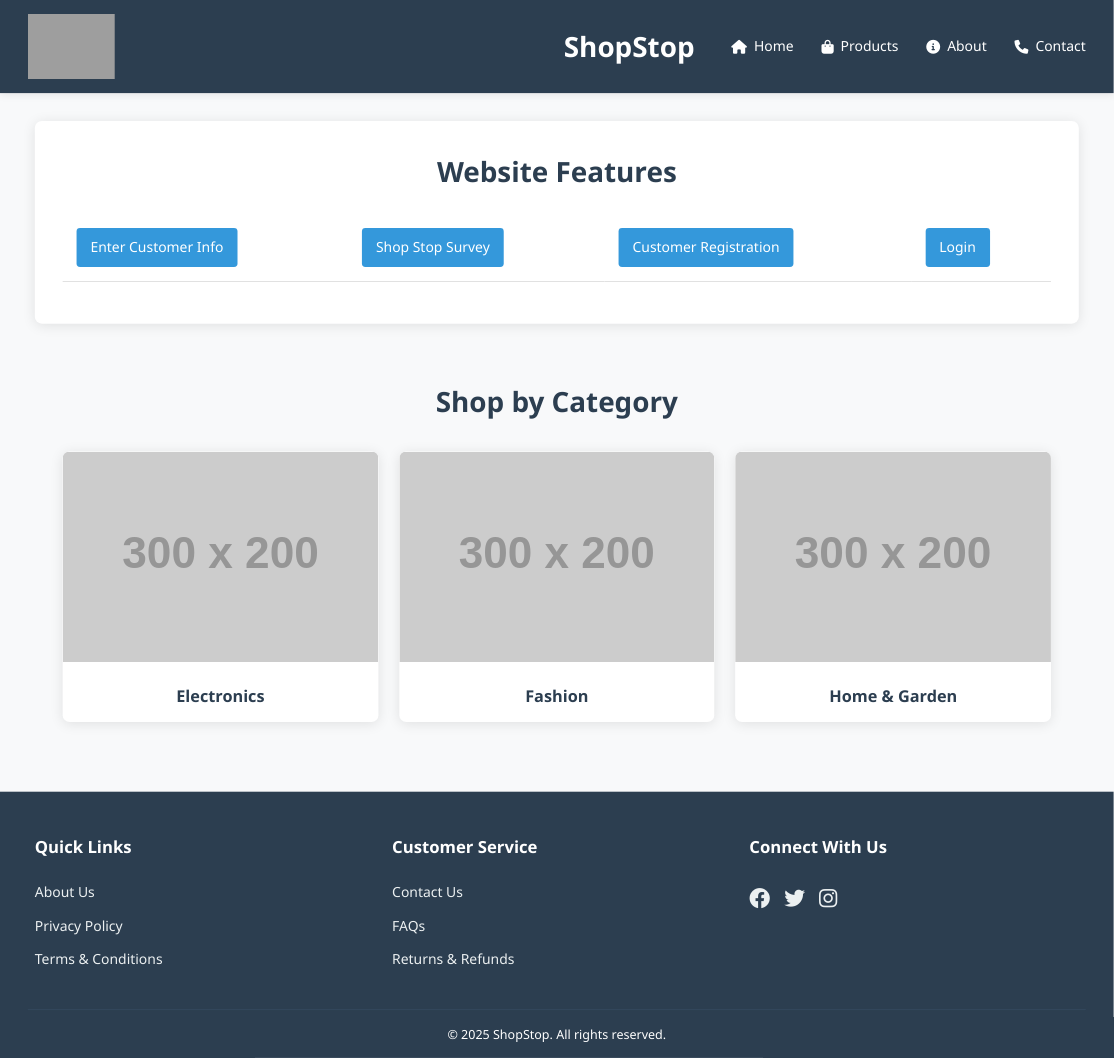
Repository: Rohit-3413/GET-java-training
Page: Web-workspace/ShopStop/src/main/webapp/index.html
These files come from the project's save history. The page is drawn as it stood at one moment and after the next save; the edit follows.
The browser window is 1280 px wide. The pictures show the whole page, at 87% of full size.
Pictures or frames that could not be fetched are drawn as grey boxes.

Above is the page before, as saved 2025-09-19 07:28:25.

### Web-workspace/ShopStop/src/main/webapp/index.html
<!DOCTYPE html>
<html>
<head>
<meta charset="UTF-8">
<title>ShopStop - Your One-Stop Shopping Destination</title>
<link rel="stylesheet" href="css/index.css">
<link rel="stylesheet" href="https://cdnjs.cloudflare.com/ajax/libs/font-awesome/6.0.0-beta3/css/all.min.css">
</head>
<body>
<header>
        <div class="logo-container">
            <img src="images/shop.png" alt="ShopStop Logo" height="75" width="100">
            <h1>ShopStop</h1>
        </div>
        <nav>
            <ul>
                <li><a href="#"><i class="fas fa-home"></i> Home</a></li>
                <li><a href="#"><i class="fas fa-shopping-bag"></i> Products</a></li>
                <li><a href="#"><i class="fas fa-info-circle"></i> About</a></li>
                <li><a href="#"><i class="fas fa-phone"></i> Contact</a></li>
            </ul>
        </nav>
    </header>

    <main>


        <section class="servlet-links">
            <h2>Website Features</h2>
            <table>

                    <tr>
                        <td><a href="register.html" class="btn">Enter Customer Info</a></td>
                         <td><a href="survey.html" class="btn">Shop Stop Survey</a></td>
                         <td><a href="customer.html" class="btn">Customer Registration</a></td>
                         <td><a href="login.html" class="btn">Login</a></td>

                    </tr>

       </table>
        </section>

        <section class="featured-categories">
            <h2>Shop by Category</h2>
            <div class="categories">
                <div class="category">
                    <img src="https://placehold.co/300x200/EFEFEF/AAAAAA?text=Electronics" alt="Electronics">
                    <h3>Electronics</h3>
                </div>
                <div class="category">
                    <img src="https://via.placeholder.com/300x200?text=Fashion" alt="Fashion">
                    <h3>Fashion</h3>
                </div>
                <div class="category">
                    <img src="https://via.placeholder.com/300x200?text=Home+Garden" alt="Home & Garden">
                    <h3>Home & Garden</h3>
                </div>
            </div>
        </section>
    </main>

    <footer>
        <div class="footer-content">
            <div class="footer-section">
                <h3>Quick Links</h3>
                <ul>
                    <li><a href="#">About Us</a></li>
                    <li><a href="#">Privacy Policy</a></li>
                    <li><a href="#">Terms & Conditions</a></li>
                </ul>
            </div>
            <div class="footer-section">
                <h3>Customer Service</h3>
                <ul>
                    <li><a href="#">Contact Us</a></li>
                    <li><a href="#">FAQs</a></li>
                    <li><a href="#">Returns & Refunds</a></li>
                </ul>
            </div>
            <div class="footer-section">
                <h3>Connect With Us</h3>
                <div class="social-icons">
                    <a href="#"><i class="fab fa-facebook"></i></a>
                    <a href="#"><i class="fab fa-twitter"></i></a>
                    <a href="#"><i class="fab fa-instagram"></i></a>
                </div>
            </div>
        </div>
        <div class="copyright">
            <p>&copy; 2025 ShopStop. All rights reserved.</p>
        </div>
    </footer>
</body>
</html>

### Web-workspace/ShopStop/src/main/webapp/css/index.css
@charset "UTF-8";

/* General Styles */
* {
    margin: 0;
    padding: 0;
    box-sizing: border-box;
    font-family: 'Segoe UI', Tahoma, Geneva, Verdana, sans-serif;
}

body {
    background-color: #f8f9fa;
    color: #333;
    line-height: 1.6;
}

a {
    text-decoration: none;
    color: #0066cc;
}

/* Header Styles */
header {
    background-color: #2c3e50;
    color: white;
    box-shadow: 0 2px 10px rgba(0, 0, 0, 0.1);
    padding: 1rem 2rem;
    display: flex;
    justify-content: space-between;
    align-items: center;
}

.logo-container {
    display: flex;
    align-items: center;
    gap: 1rem;
}

.logo-container h1 {
    color: white;
    font-size: 2rem;
    margin-left: 500px;
}

nav ul {
    display: flex;
    list-style: none;
    gap: 2rem;
}

nav a {
    color: white;
    font-weight: 500;
    display: flex;
    align-items: center;
    gap: 0.5rem;
}

nav a:hover {
    color: #e74c3c;
}

/* Hero Section */
.hero {
    position: relative;
    margin-bottom: 3rem;
}

.hero img {
    width: 100%;
    height: auto;
    display: block;
}

.hero-text {
    position: absolute;
    top: 50%;
    left: 5%;
    transform: translateY(-50%);
    color: white;
    text-shadow: 1px 1px 3px rgba(0, 0, 0, 0.8);
}

.hero-text h2 {
    font-size: 2.5rem;
    margin-bottom: 1rem;
}

.hero-text p {
    font-size: 1.2rem;
    margin-bottom: 1.5rem;
}

.hero-text button {
    background-color: #e74c3c;
    color: white;
    border: none;
    padding: 0.8rem 1.5rem;
    font-size: 1rem;
    border-radius: 4px;
    cursor: pointer;
    transition: background-color 0.3s;
}

.hero-text button:hover {
    background-color: #c0392b;
}

/* Servlet Links Section */
.servlet-links {
    padding: 2rem;
    background-color: white;
    margin: 2rem auto;
    max-width: 1200px;
    border-radius: 8px;
    box-shadow: 0 2px 15px rgba(0, 0, 0, 0.1);
}

.servlet-links h2 {
    color: #2c3e50;
    margin-bottom: 1.5rem;
    text-align: center;
    font-size: 2rem;
}

table {
    width: 100%;
    border-collapse: collapse;
    margin: 1rem 0;
}

th, td {
    padding: 1rem;
    text-align: left;
    border-bottom: 1px solid #ddd;
}

th {
    background-color: #f2f2f2;
    font-weight: 600;
}

tr:hover {
    background-color: #f9f9f9;
}

.btn {
    display: inline-block;
    background-color: #3498db;
    color: white;
    padding: 0.6rem 1rem;
    border-radius: 4px;
    transition: background-color 0.3s;
}

.btn:hover {
    background-color: #2980b9;
}

/* Featured Categories */
.featured-categories {
    padding: 2rem;
    max-width: 1200px;
    margin: 0 auto;
}

.featured-categories h2 {
    text-align: center;
    margin-bottom: 2rem;
    color: #2c3e50;
    font-size: 2rem;
}

.categories {
    display: flex;
    justify-content: space-between;
    flex-wrap: wrap;
    gap: 1.5rem;
}

.category {
    flex: 1 1 300px;
    background: white;
    border-radius: 8px;
    overflow: hidden;
    box-shadow: 0 2px 15px rgba(0, 0, 0, 0.1);
    transition: transform 0.3s;
}

.category:hover {
    transform: translateY(-5px);
}

.category img {
    width: 100%;
    height: auto;
}

.category h3 {
    padding: 1rem;
    text-align: center;
    color: #2c3e50;
}

/* Footer Styles */
footer {
    background-color: #2c3e50;
    color: white;
    padding: 3rem 2rem 1rem;
    margin-top: 3rem;
}

.footer-content {
    display: flex;
    justify-content: space-between;
    flex-wrap: wrap;
    gap: 2rem;
    max-width: 1200px;
    margin: 0 auto;
}

.footer-section {
    flex: 1 1 250px;
}

.footer-section h3 {
    margin-bottom: 1.5rem;
    font-size: 1.2rem;
}

.footer-section ul {
    list-style: none;
}

.footer-section ul li {
    margin-bottom: 0.8rem;
}

.footer-section a {
    color: #ecf0f1;
}

.footer-section a:hover {
    color: #e74c3c;
}

.social-icons {
    display: flex;
    gap: 1rem;
    font-size: 1.5rem;
}

.social-icons a {
    color: #ecf0f1;
}

.copyright {
    text-align: center;
    margin-top: 2rem;
    padding-top: 1rem;
    border-top: 1px solid #34495e;
    font-size: 0.9rem;
}

/* Responsive Adjustments */
@media (max-width: 768px) {
    header {
        flex-direction: column;
        padding: 1rem;
    }

    nav ul {
        margin-top: 1rem;
        gap: 1rem;
    }

    .hero-text h2 {
        font-size: 1.8rem;
    }

    .hero-text p {
        font-size: 1rem;
    }

    .categories {
        flex-direction: column;
    }
}

After the next save:
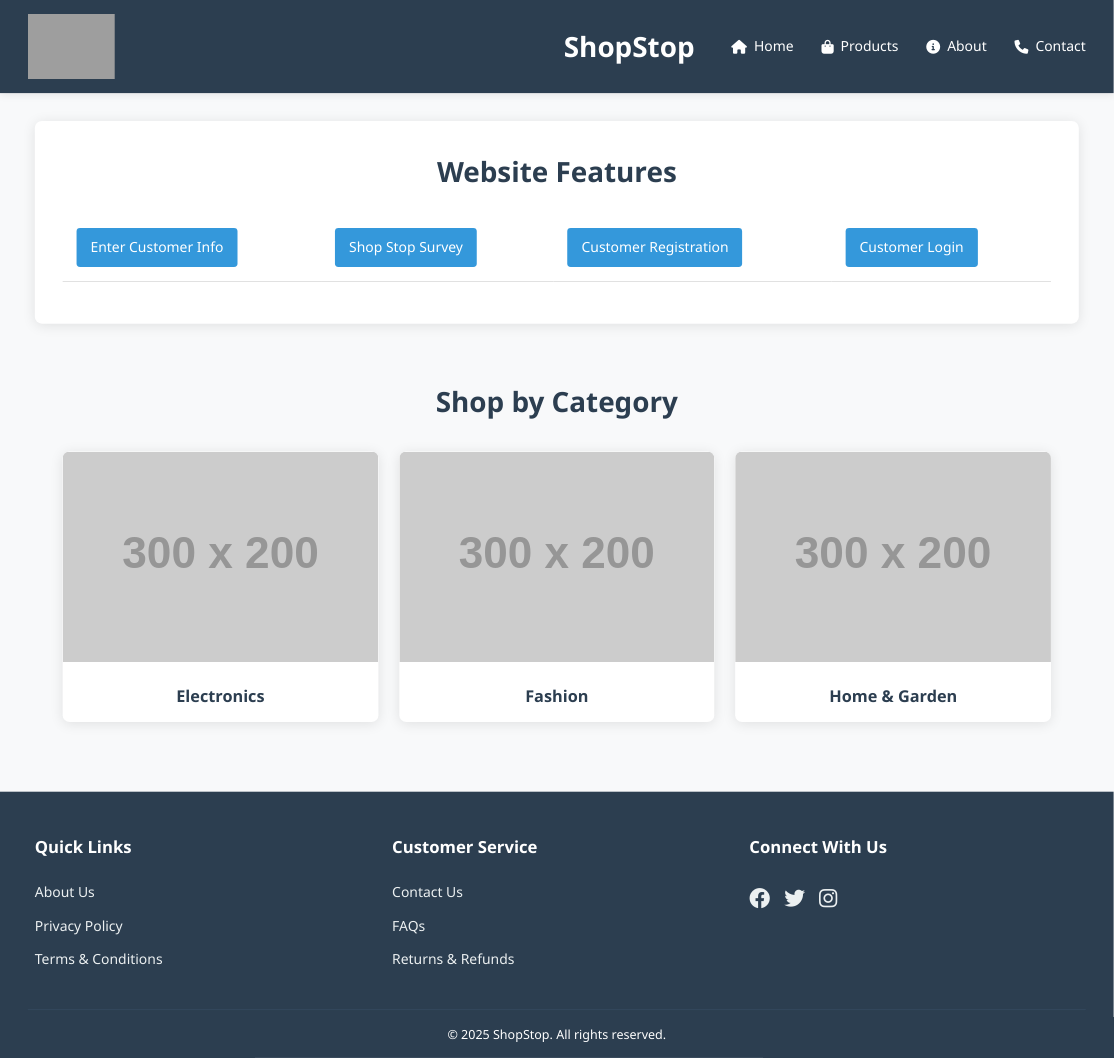
Saved 42 s later.
--- a/Web-workspace/ShopStop/src/main/webapp/index.html
+++ b/Web-workspace/ShopStop/src/main/webapp/index.html
@@ -33,7 +33,7 @@
                         <td><a href="register.html" class="btn">Enter Customer Info</a></td>
                          <td><a href="survey.html" class="btn">Shop Stop Survey</a></td>
                          <td><a href="customer.html" class="btn">Customer Registration</a></td>
-                         <td><a href="login.html" class="btn">Login</a></td>
+                         <td><a href="login.html" class="btn">Customer Login</a></td>
 
                     </tr>
 
